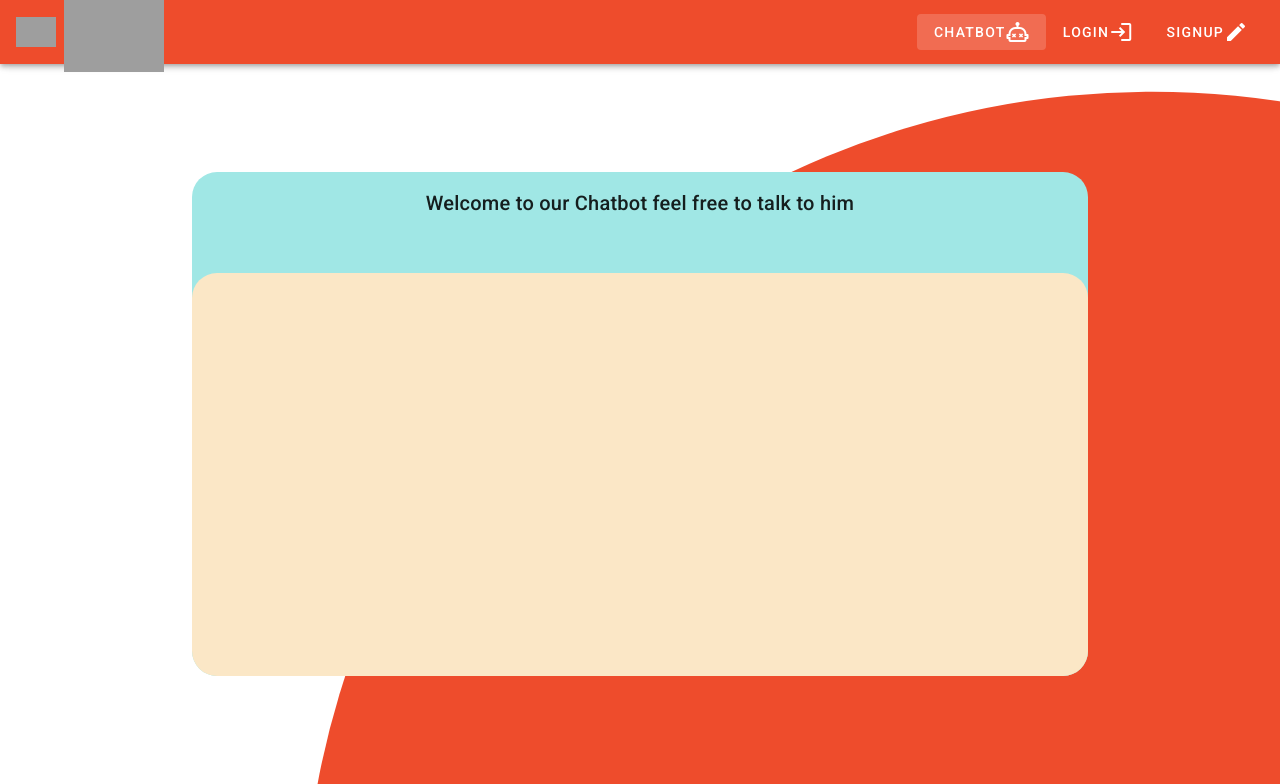
Repository: atout811/pyTorch-Hackathon
Page: /chatbot (app in frontend/)
These files come from the project's save history. The page is drawn as it stood at one moment and after the next save; the edit follows.
The browser window is 1280 px wide. The pictures show the whole page.
Pictures or frames that could not be fetched are drawn as grey boxes. The project was rebuilt for these pictures with package versions that can differ from the ones it lists, and the page was loaded fresh each time. Also part of the build but not shown: frontend/vue.config.js, frontend/src/views/Home.vue.

Above is the page before, as saved 2021-10-21 15:00:40.

### frontend/src/main.js
import Vue from 'vue'
import App from './App.vue'
import './registerServiceWorker'
import router from './router'
import store from './store'
import vuetify from './plugins/vuetify'
import instance from './plugins/axios'

Vue.config.productionTip = false
Vue.prototype.$axios = instance;

new Vue({
  router,
  store,
  vuetify,
  render: function (h) { return h(App) }
}).$mount('#app')

### frontend/src/App.vue
<template>
  <v-app>
    <v-app-bar app color="primary" dark>
      <div class="d-flex align-center">
        <v-img
          alt="Vuetify Logo"
          class="shrink mr-2"
          contain
          src="https://cdn.vuetifyjs.com/images/logos/vuetify-logo-dark.png"
          transition="scale-transition"
          width="40"
        />

        <v-img
          alt="Vuetify Name"
          class="shrink mt-1 hidden-sm-and-down"
          contain
          min-width="100"
          src="https://cdn.vuetifyjs.com/images/logos/vuetify-name-dark.png"
          width="100"
        />
      </div>

      <v-spacer></v-spacer>
      <v-btn to="/chatbot" text>
        <v-text>Chatbot</v-text>
        <v-icon>mdi-robot-dead-outline</v-icon>
      </v-btn>
      <v-btn to="/login" text>
        <v-text>Login</v-text>
        <v-icon>mdi-login</v-icon>
      </v-btn>
      <v-btn to="/signup" text>
        <v-text>Signup</v-text>
        <v-icon>mdi-pencil</v-icon>
      </v-btn>
    </v-app-bar>

    <v-main class="bubble">
      <router-view />
    </v-main>
  </v-app>
</template>

<script>
export default {
  name: "App",

  data: () => ({
    //
  }),
};
</script>
<style>
.bubble::before {
  background-color: var(--v-primary-base);
  clip-path: circle(80% at 90% 120%);
  width: 100%;
  height: 100%;
  content: "";
  position: absolute;
  box-sizing: none;
  top: 0;
  left: 0;
}
</style>

### frontend/src/router/index.js
import Vue from "vue";
import VueRouter from "vue-router";
import Home from "../views/Home.vue";

Vue.use(VueRouter);

const routes = [
  {
    path: "/",
    name: "Home",
    component: Home,
  },
  {
    path: "/about",
    name: "About",
    // route level code-splitting
    // this generates a separate chunk (about.[hash].js) for this route
    // which is lazy-loaded when the route is visited.
    component: function() {
      return import(/* webpackChunkName: "about" */ "../views/About.vue");
    },
  },
  {
    path: "/login",
    name: "Login",
    // route level code-splitting
    // this generates a separate chunk (Login.[hash].js) for this route
    // which is lazy-loaded when the route is visited.
    component: function() {
      return import(/* webpackChunkName: "Login" */ "../views/Login.vue");
    },
  },
  {
    path: "/signup",
    name: "Signup",
    // route level code-splitting
    // this generates a separate chunk (Signup.[hash].js) for this route
    // which is lazy-loaded when the route is visited.
    component: function() {
      return import(/* webpackChunkName: "Signup" */ "../views/Signup.vue");
    },
  },
  {
    path: "/chatbot",
    name: "chatbot",
    // route level code-splitting
    // this generates a separate chunk (Signup.[hash].js) for this route
    // which is lazy-loaded when the route is visited.
    component: function() {
      return import(/* webpackChunkName: "Signup" */ "../views/Chatbot.vue");
    },
  },
];

const router = new VueRouter({
  mode: "history",
  base: process.env.BASE_URL,
  routes,
});

export default router;

### frontend/src/plugins/vuetify.js
import Vue from 'vue';
import Vuetify from 'vuetify/lib/framework';

Vue.use(Vuetify);

export default new Vuetify({
    theme: {
        themes: {
            light: {
                primary: "#ee4c2c"
            }
        }, options: {
            customProperties: true
        },
    }
});

### frontend/src/plugins/axios.js
import axios from "axios";

const instance = axios.create({
    headers: {
        "Content-Type": "application/json"
    }
})

export default instance;

### frontend/src/views/Chatbot.vue
<template>
  <div class="baba">
    <div class="container">
      <h1 class="title">Welcome to our Chatbot feel free to talk to him</h1>
      <div class="chat-container"></div>
    </div>
  </div>
</template>

<script>
export default {
  name: "chatbot",
  data() {
    return {
      chat: [],
    };
  },
};
</script>

<style>
.baba {
  height: 100vh;
  width: 100vw;
  display: flex;
}
.container {
  height: 70vh;
  width: 70vw;
  padding: 0;
  align-self: center;
  /* margin: 10px; */
  background-color: #a0e7e5;
  border-radius: 25px;
  display: flex;
  flex-direction: column;
  justify-content: space-between;
  align-items: center;
}
.title {
  margin: 10px;
  margin-top: 15px;
}
.chat-container {
  height: 80%;
  width: 100%;
  /* margin: 10px; */
  background-color: #fbe7c6;
  border-radius: 25px;
}
</style>

Loaded but not shown: frontend/public/index.html (common file); frontend/src/registerServiceWorker.js (common file); frontend/src/store/index.js (common file)

After the next save:
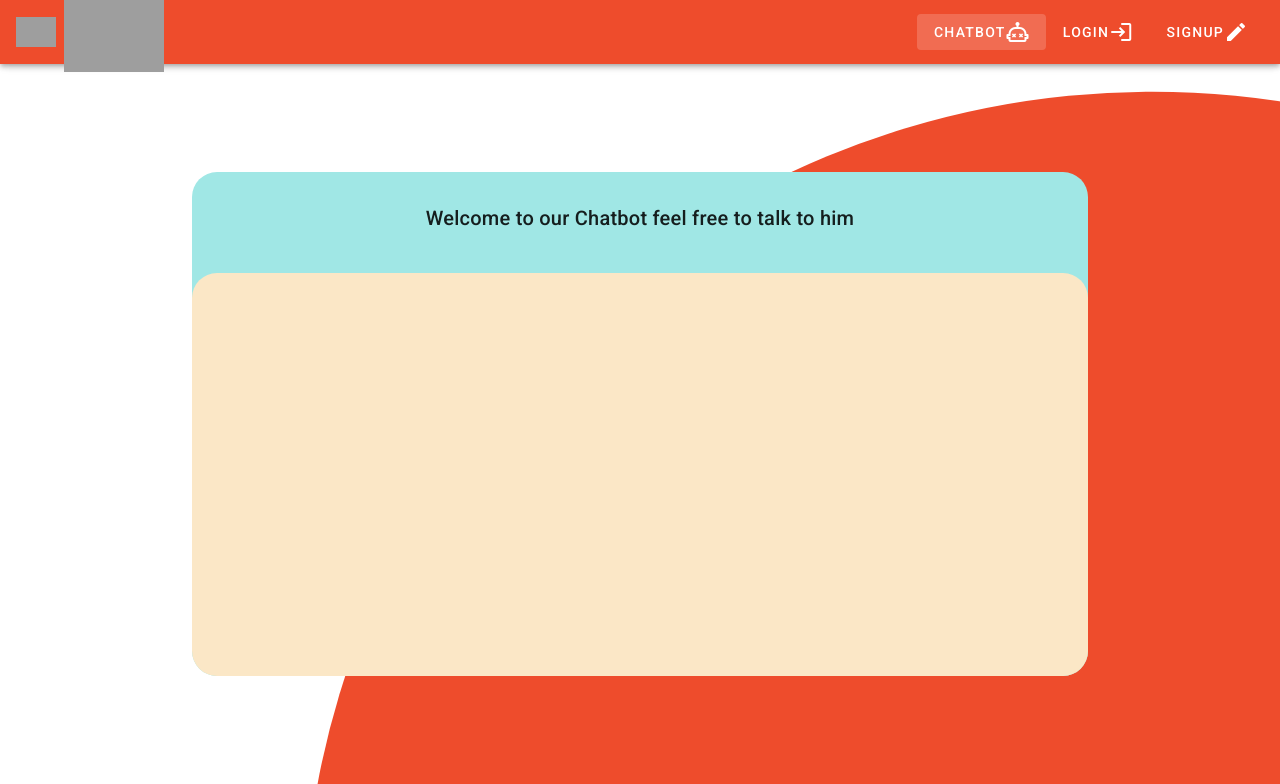
Saved 4 s later.
--- a/frontend/src/views/Chatbot.vue
+++ b/frontend/src/views/Chatbot.vue
@@ -39,7 +39,7 @@ export default {
 }
 .title {
   margin: 10px;
-  margin-top: 15px;
+  margin-top: 30px;
 }
 .chat-container {
   height: 80%;
